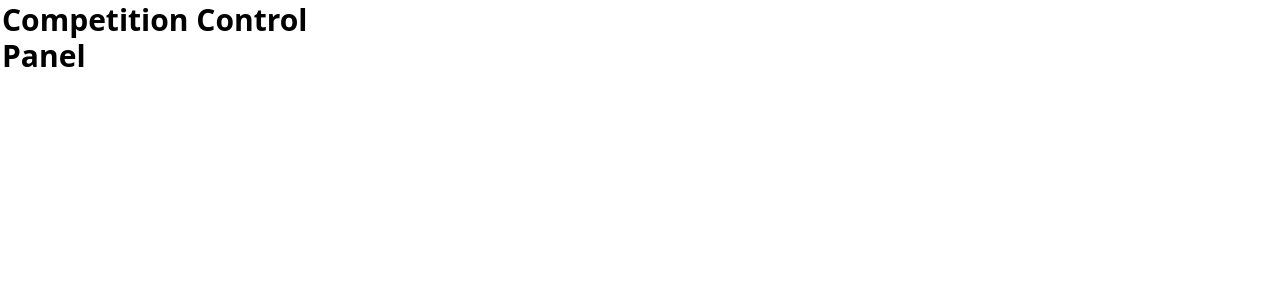
Repository: techieRahul17/blackoutscreen
Page: public/admin1.html
These files come from the project's save history. The page is drawn as it stood at one moment and after a run of saves; the edit follows.
The browser window is 1280 px wide. The pictures show the whole page.
Some web libraries are served in a nearby version.

Above is the page before, as saved 2025-08-28 19:14:02.

After the next 2 saves:
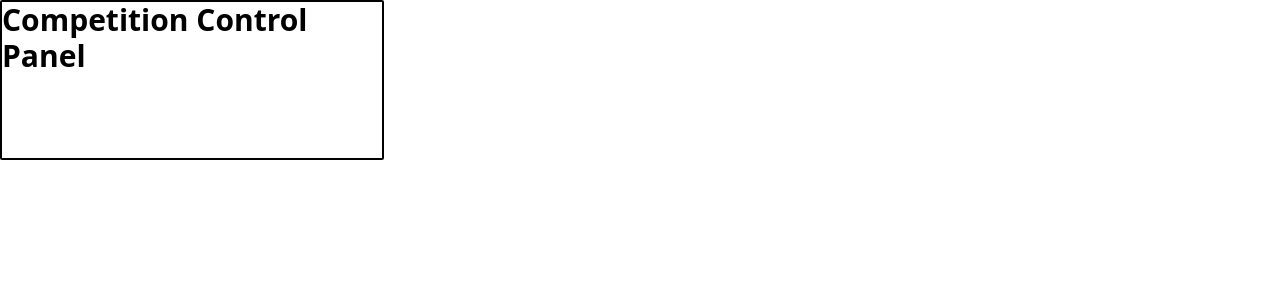
The 2 saves are shown as one change because they came seconds apart.
The last was saved 16 s later.
--- a/public/admin1.html
+++ b/public/admin1.html
@@ -4,7 +4,7 @@
     <title>Admin Page</title>
     <script src="https://cdn.tailwindcss.com"></script>
     <div>
-      <div class="w-96 h-40 rounded-sm border-2 border-white">
+      <div class="w-96 h-40 rounded-sm border-2 border-black">
        <h1 class="text-3xl font-bold text-black">Competition Control Panel</h1>
 
 
